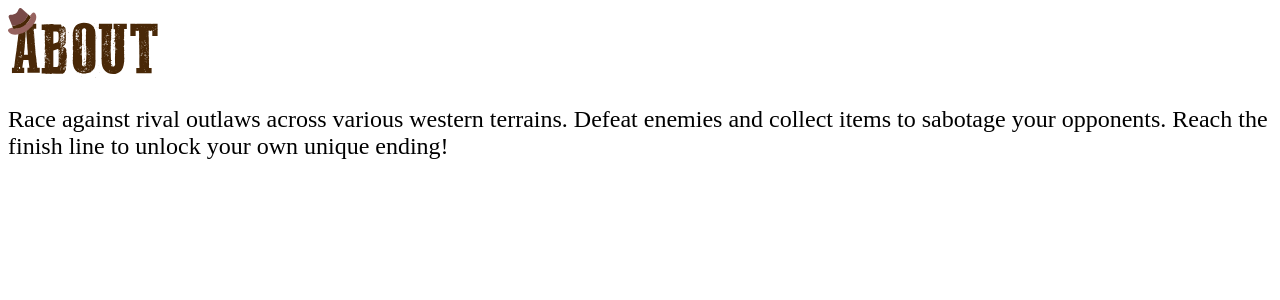
Repository: AlyssaHug/Bandit-Breakout
Page: index.html
An editor plug-in stored every save of this project. The page is shown before and after the next save, followed by the edit.
The browser window is 1280 px wide. The pictures show the whole page.
Some web fonts or font styles are not loaded; a fallback is used.

Above is the page before, as saved 2025-05-06 11:52:02.

After the next save:
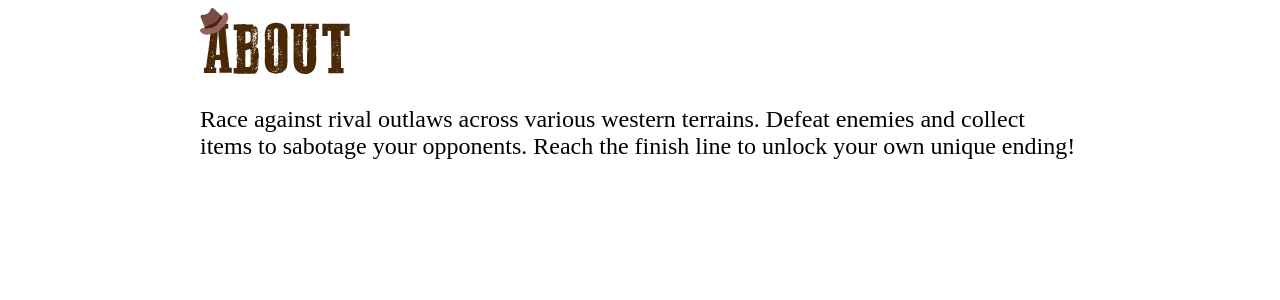
Saved 15 s later.
--- a/styles.css
+++ b/styles.css
@@ -21,7 +21,7 @@
     --font-size-caption: 11px;
 }
 
-.html {
+html {
     width: 70%;
     margin: 0 auto;
 }
